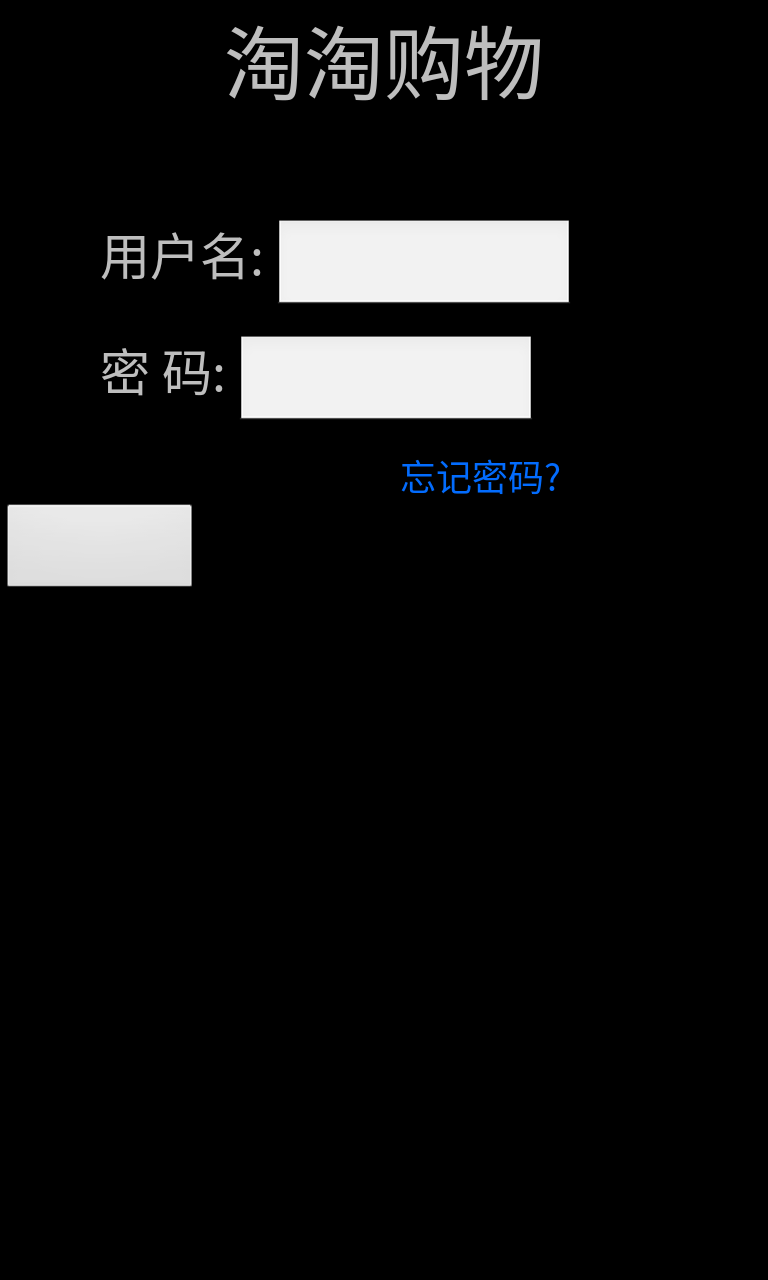
Repository: jcyfkimi/Android-TaoTao
Layout: TaoTao/res/layout/login.xml
The author's editor kept a copy of each file at every save. The layout is drawn from the files as they stood at one save, then again after the next save.
It is drawn on a 768 x 1280 px phone screen (xhdpi) without system bars, with theme android:Theme; the app's code is not run.

Above is the layout before, as saved 2011-09-13 06:32:53.

After the next save:
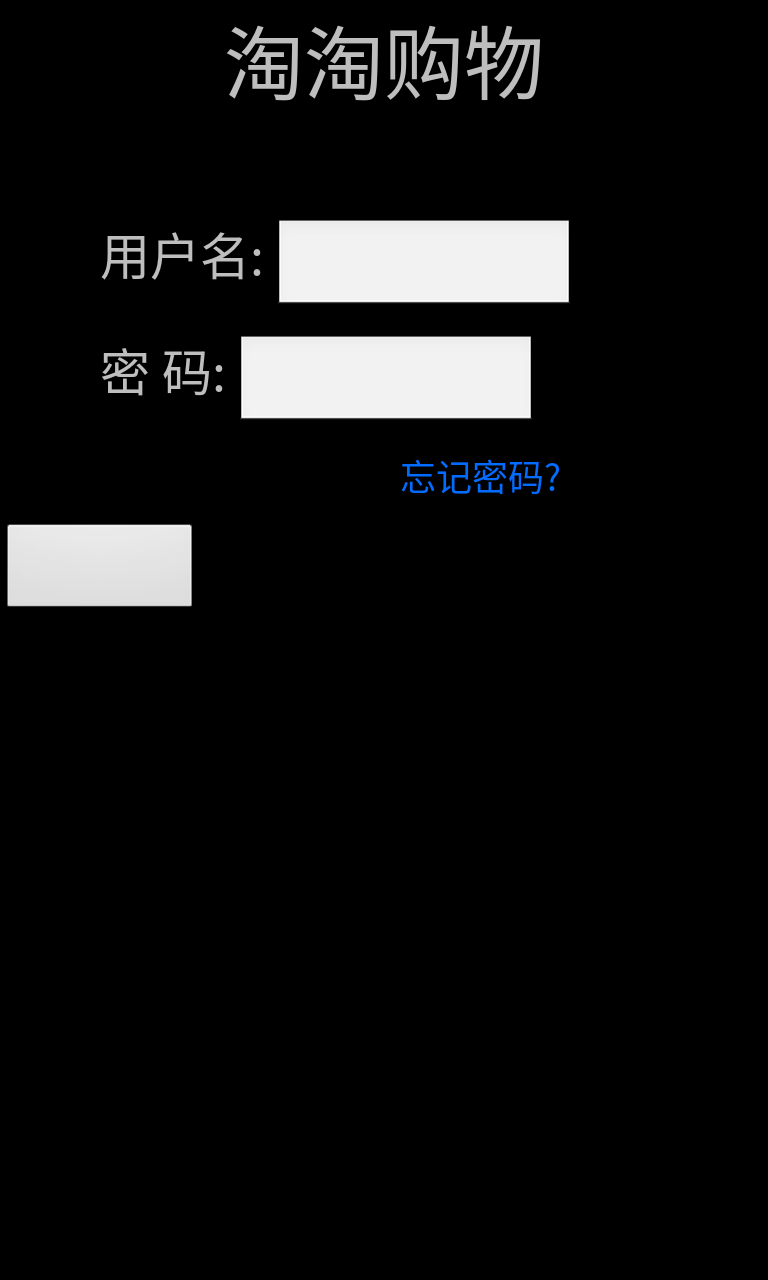
Saved 25 s later.
--- a/TaoTao/res/layout/login.xml
+++ b/TaoTao/res/layout/login.xml
@@ -69,6 +69,7 @@
 	    >
 	    <Button android:id="@+id/btnlogin"
 	    	android:layout_width="100dip"
-	    	android:layout_height="wrap_content"/>
+	    	android:layout_height="wrap_content"
+	    	android:layout_marginTop="10dip"/>
 	    	</LinearLayout>
 </LinearLayout>
